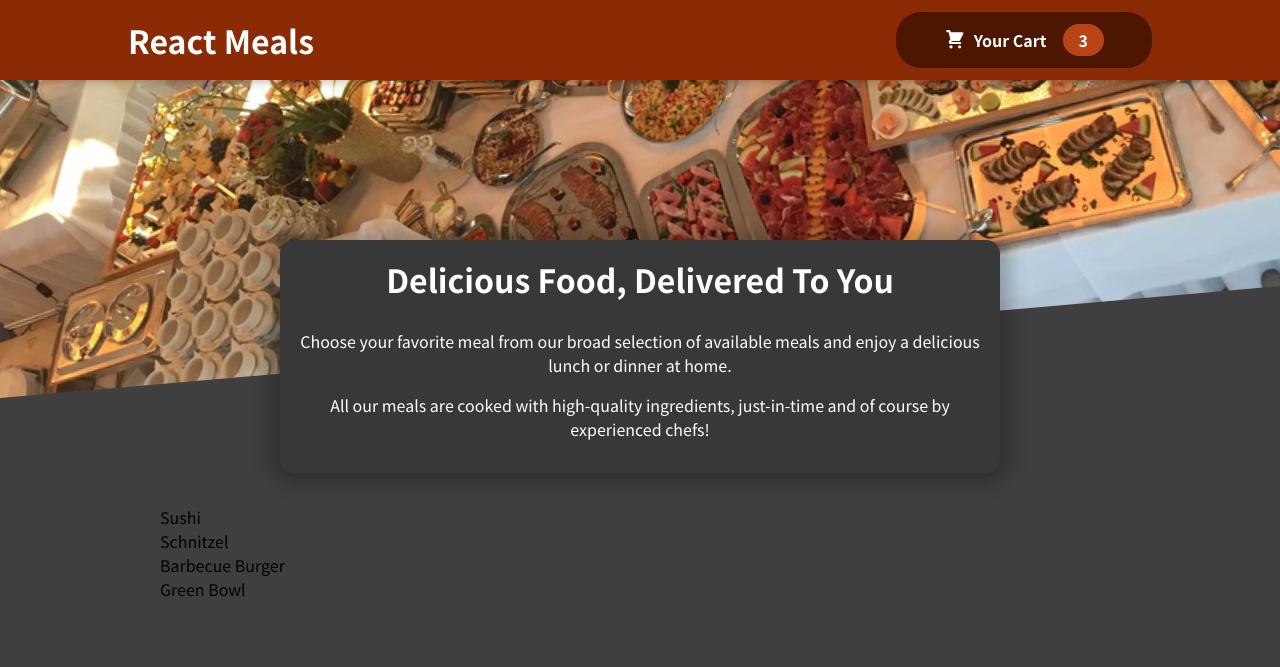
Repository: prathmeshgodbole/React-Food-Delivery-Part-1
Page: /
These files come from the project's save history. The page is drawn as it stood at one moment and after a run of saves; the edit follows.
The browser window is 1280 px wide. The pictures show the whole page.
The project was rebuilt for these pictures with package versions that can differ from the ones it lists, and the page was loaded fresh each time.

Above is the page before, as saved 2021-07-13 18:17:11.

### src/App.js
import React,{ Fragment } from "react";
import Header from './components/Layout/Header';
import Meals from "./components/Meals/Meals";

function App() {
    return ( <Fragment>
      <Header/>
      <main>
        <Meals/>
      </main>
    </Fragment>
    );
}

export default App;

### src/components/Layout/Header.js
import React,{Fragment} from 'react';
import HeaderCartButton from './HeaderCartButton';
import classes from './Header.module.css';
import mealsImage from '../../assets/meals.jpg';

const Header = (props) => {
    return (<Fragment>
    <header className={classes.header}>
    <h1>React Meals</h1>
    <HeaderCartButton/>
    </header>
    <div className={classes['main-image']}>
    <img src={mealsImage} alt='A table full of delicious food..!!'/>
    </div>
</Fragment>
);

};

export default Header;

### src/components/Layout/HeaderCartButton.js
import React from 'react';
import CartIcon from '../Cart/CartIcon';
import classes from './HeaderCartButton.module.css';
const HeaderCartButton = (props) => {
        return (
            <button className={classes.button}>
        <span className={classes.icon}><CartIcon/></span>
            <span clasName={classes}>Your Cart</span>
            <span className={classes.badge}>3</span>
            </button>);
        };
        export default HeaderCartButton;

### src/components/Meals/AvailableMeals.js
import classes from './AvailableMeals.module.css';
import Card from '../UI/Card';

const DUMMY_MEALS = [
  {
    id: "m1",
    name: "Sushi",
    description: "Finest fish and veggies",
    price: 22.99,
  },
  {
    id: "m2",
    name: "Schnitzel",
    description: "A german specialty!",
    price: 16.5,
  },
  {
    id: "m3",
    name: "Barbecue Burger",
    description: "American, raw, meaty",
    price: 12.99,
  },
  {
    id: "m4",
    name: "Green Bowl",
    description: "Healthy...and green...",
    price: 18.99,
  },
];
const AvailableMeals = () => {
  const mealsList = DUMMY_MEALS.map(meal=><li>{meal.name}</li>);
  return (
    <section className={classes.meals}>
      <ul>{mealsList}</ul>
    </section>
  );
};

export default AvailableMeals;

### src/components/Layout/HeaderCartButton.module.css
.button {
    cursor: pointer;
    font: inherit;
    border: none;
    background-color: #4d1601;
    color: white;
    padding: 0.75rem 3rem;
    display: flex;
    justify-content: space-around;
    align-items: center;
    border-radius: 25px;
    font-weight: bold;
}

.button:hover,
.button:active {
    background-color: #2c0d00;
}

.icon {
    width: 1.35rem;
    height: 1.35rem;
    margin-right: 0.5rem;
}

.badge {
    background-color: #b94517;
    padding: 0.25rem 1rem;
    border-radius: 25px;
    margin-left: 1rem;
    font-weight: bold;
}

.button:hover .badge,
.button:active .badge {
    background-color: #92320c;
}

.bump {
    animation: bump 300ms ease-out;
}

@keyframes bump {
    0% {
        transform: scale(1);
    }
    10% {
        transform: scale(0.9);
    }
    30% {
        transform: scale(1.1);
    }
    50% {
        transform: scale(1.15);
    }
    100% {
        transform: scale(1);
    }
}

### src/components/Meals/AvailableMeals.module.css
.meals {
    max-width: 60rem;
    width: 90%;
    margin: 2rem auto;
    animation: meals-appear 1s ease-out forwards;
}

.meals ul {
    list-style: none;
    margin: 0;
    padding: 0;
}

@keyframes meals-appear {
    from {
        opacity: 0;
        transform: translateY(3rem);
    }
    to {
        opacity: 1;
        transform: translateY(0);
    }
}

### src/components/UI/Card.js
import React from "react";
import classes from "./Card.module.css";

const Card = (props) => {
  return <div className={classes.card}>{props.children}</div>;
};
export default Card;

Loaded but not shown: public/index.html (common file); src/index.js (common file); src/index.css (common file); src/components/Meals/Meals.js (common file); src/components/Layout/Header.module.css (common file); src/components/Meals/MealsSummary.js (common file); src/components/Cart/CartIcon.js (common file); src/components/Meals/MealsSummary.module.css (common file); src/components/UI/Card.module.css (common file)

After the next 3 saves:
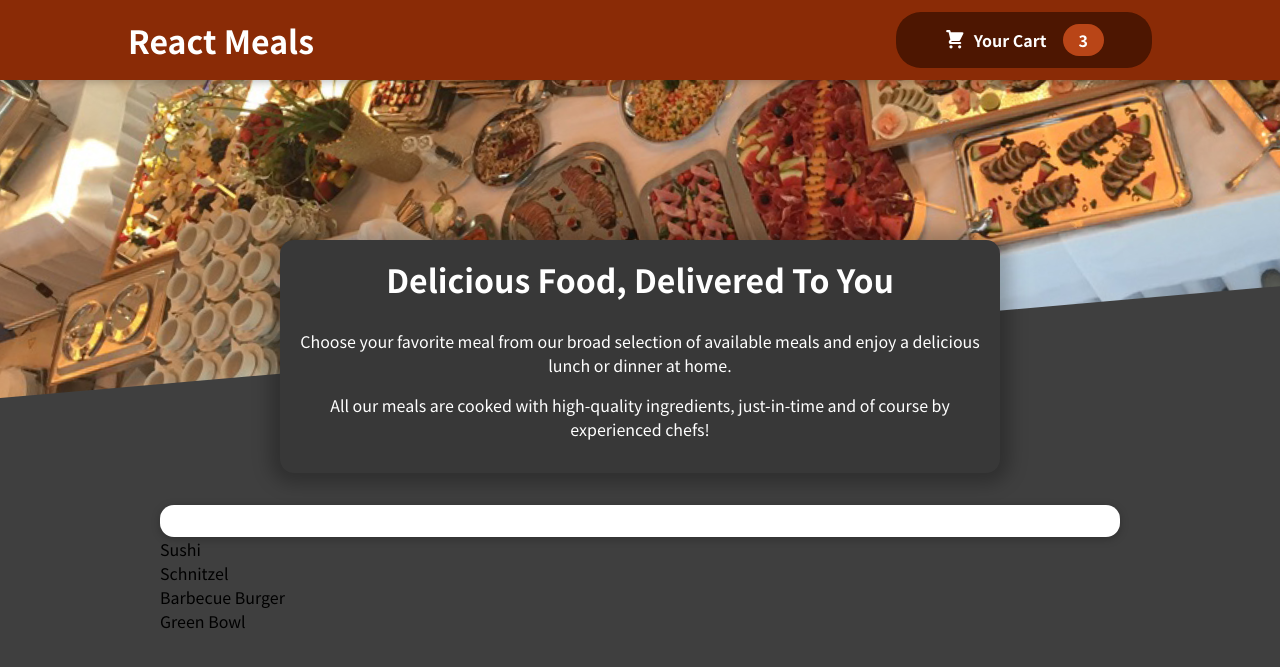
The 3 saves are shown as one change because they came seconds apart.
The last was saved 12 s later.
--- a/src/components/Meals/AvailableMeals.js
+++ b/src/components/Meals/AvailableMeals.js
@@ -31,6 +31,7 @@ const AvailableMeals = () => {
   const mealsList = DUMMY_MEALS.map(meal=><li>{meal.name}</li>);
   return (
     <section className={classes.meals}>
+    <Card></Card>
       <ul>{mealsList}</ul>
     </section>
   );
